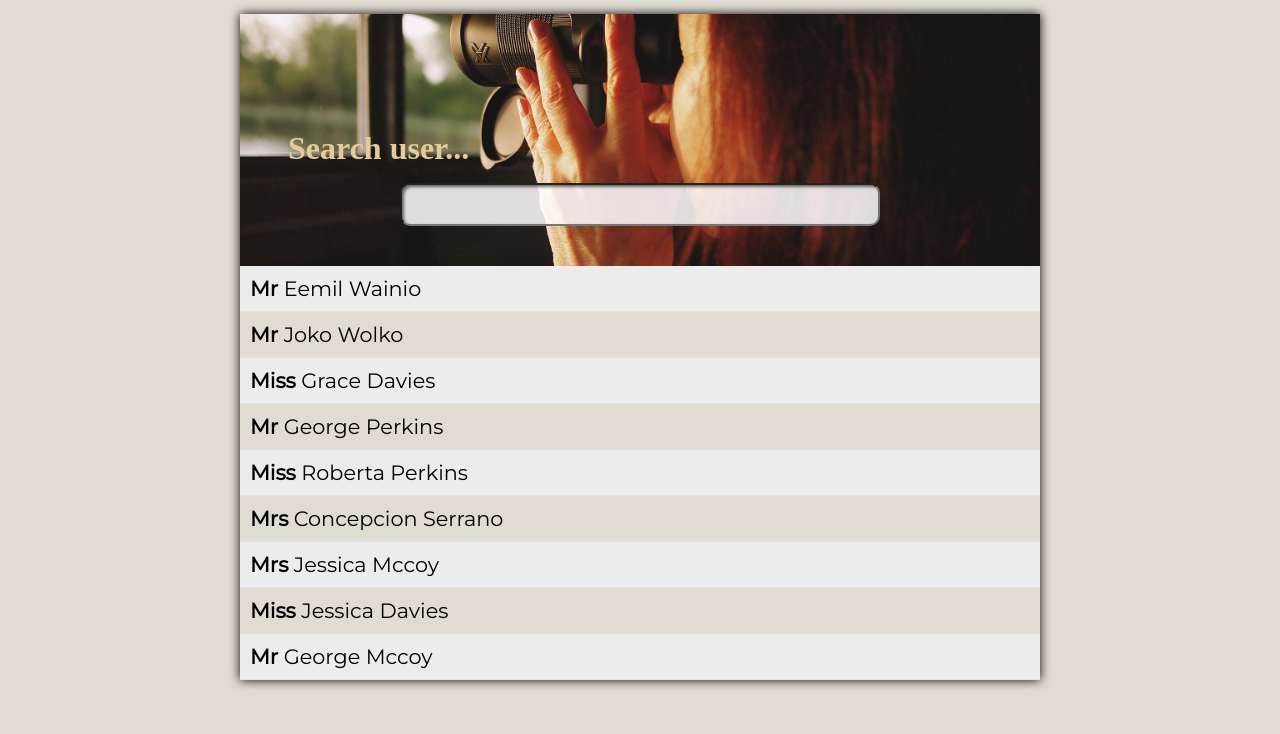
Repository: KrzysKolo/sr_tydzien5_zad4
Page: /
An editor plug-in stored every save of this project. The page is shown before and after the next save, followed by the edit.
The browser window is 1280 px wide. The pictures show the whole page.
The project was rebuilt for these pictures with package versions that can differ from the ones it lists, and the page was loaded fresh each time.

Above is the page before, as saved 2021-01-03 06:06:24.

### public/index.html
<!DOCTYPE html>
<html lang="en">
  <head>
    <meta charset="utf-8" />
    <link rel="icon" href="%PUBLIC_URL%/favicon.ico" />
    <meta name="viewport" content="width=device-width, initial-scale=1" />
    <meta name="theme-color" content="#000000" />
    <meta
      name="description"
      content="Web site created using create-react-app"
    />
    <link rel="apple-touch-icon" href="%PUBLIC_URL%/logo192.png" />
    <!--
      manifest.json provides metadata used when your web app is installed on a
      user's mobile device or desktop. See https://developers.google.com/web/fundamentals/web-app-manifest/
    -->
    <link rel="manifest" href="%PUBLIC_URL%/manifest.json" />
    <!--
      Notice the use of %PUBLIC_URL% in the tags above.
      It will be replaced with the URL of the `public` folder during the build.
      Only files inside the `public` folder can be referenced from the HTML.

      Unlike "/favicon.ico" or "favicon.ico", "%PUBLIC_URL%/favicon.ico" will
      work correctly both with client-side routing and a non-root public URL.
      Learn how to configure a non-root public URL by running `npm run build`.
    -->
    <link rel="preconnect" href="https://fonts.gstatic.com">
<link href="https://fonts.googleapis.com/css2?family=Montserrat&display=swap" rel="stylesheet">
    <title>User search</title>
  </head>
  <body>
    <noscript>You need to enable JavaScript to run this app.</noscript>
    <div id="root"></div>
    <!--
      This HTML file is a template.
      If you open it directly in the browser, you will see an empty page.

      You can add webfonts, meta tags, or analytics to this file.
      The build step will place the bundled scripts into the <body> tag.

      To begin the development, run `npm start` or `yarn start`.
      To create a production bundle, use `npm run build` or `yarn build`.
    -->
  </body>
</html>

### src/App.js
import React from 'react';
import UsersContainer from './components/UsersContainer';
import Header from './components/Header';
import './App.css';


const App = () => {

  return (
    <section>
      <Header />
      <UsersContainer/>
    </section>
  )
}

export default App;

### src/components/UsersContainer.js
import React, { useState, useEffect } from 'react';


const UsersContainer = () => {

  const UsersAPI = '/users.json';

  const [ users, setUsers ] = useState([]);

  useEffect(() => {

    fetch(UsersAPI)
      .then(res => res.json())
      .then(data => {
        console.log(data.users);
        setUsers(data.users);
      })
    }, []);

    const user = users.map(user => (
      <li className="user" key={user.id}><b>{user.title}</b> {user.first} {user.last}</li>
    ))
    return (
        <ul>
					{user}
        </ul>
    )
}

export default UsersContainer;

### src/components/Header.js
import React from 'react';

const Header = () => {
    return (
        <div className="header__section">
            <h1 className="header__title">Search user...</h1>
            <div className="header__search-wrapper">
                <input className="header__search" type="text" />
            </div>
        </div>
    )
}

export default Header;

### src/App.css
* {
  box-sizing: border-box;
  padding: 0;
  margin: 0;
}
body {
  height: 100vh;
  width: 100vw;
  background-color: rgba(218, 212, 199, 0.8);
}
section {
  margin: 2vh auto;
  width: 70%;
  max-width: 800px;
  display: flex;
  flex-direction: column;
  box-shadow: 0 0 10px #000;
}
.header__section {
  height: 35vh;
  background-image: url("./images/girl.jpg");
  background-position: center;
  background-size: cover;
  display: flex;
  flex-direction: column;
  justify-content: flex-end;
}
.header__title {
  font-size: 2rem;
  margin: 0 auto 1rem 3rem;
  color: rgb(229, 202, 153);
}
.header__search-wrapper {
  width: 100%;
  margin-bottom: 40px;
  display: flex;
  justify-content: center;
}
.header__search {
  padding: 8px 10px;
  width: 60%;
  border-radius: 10px;
  background-color: rgba(255, 255, 255, 0.85);
  box-shadow: inset 2px 2px 3px 0px rgba(0, 0, 0, 0.55);
  font-size: 20px;
}
.user {
  font-size: 1.3rem;
  font-family: "Montserrat", sans-serif;
  padding: 10px;
  list-style: none;
  border-bottom: 1px solid rgb(226, 226, 226);
}
.user:nth-child(odd) {
  background: #ececec;
}

### public/users.json
{
    "users": [
      {
        "id": 1,
        "title": "Mr",
        "first": "Eemil",
        "last": "Wainio"
       },
      {
        "id": 2,
        "title": "Mr",
        "first": "Joko",
        "last": "Wolko"
      },
      {
        "id": 3,
        "title": "Miss",
        "first": "Grace",
        "last": "Davies"
      },
      {
        "id": 4,
        "title": "Mr ",
        "first": "George ",
        "last": "Perkins"
      },
      {
        "id": 5,
        "title": "Miss",
        "first": "Roberta ",
        "last": "Perkins"
      },
      {
        "id": 6,
        "title": "Mrs ",
        "first": "Concepcion ",
        "last": "Serrano"
      },
      {
        "id": 7,
        "title": "Mrs ",
        "first": "Jessica ",
        "last": "Mccoy"
      },
      {
        "id": 8,
        "title": "Miss",
        "first": "Jessica",
        "last": "Davies"
      },
      {
        "id": 9,
        "title": "Mr",
        "first": "George",
        "last": "Mccoy"
      }
    ]
  }

Loaded but not shown: src/index.js (common file)

After the next save:
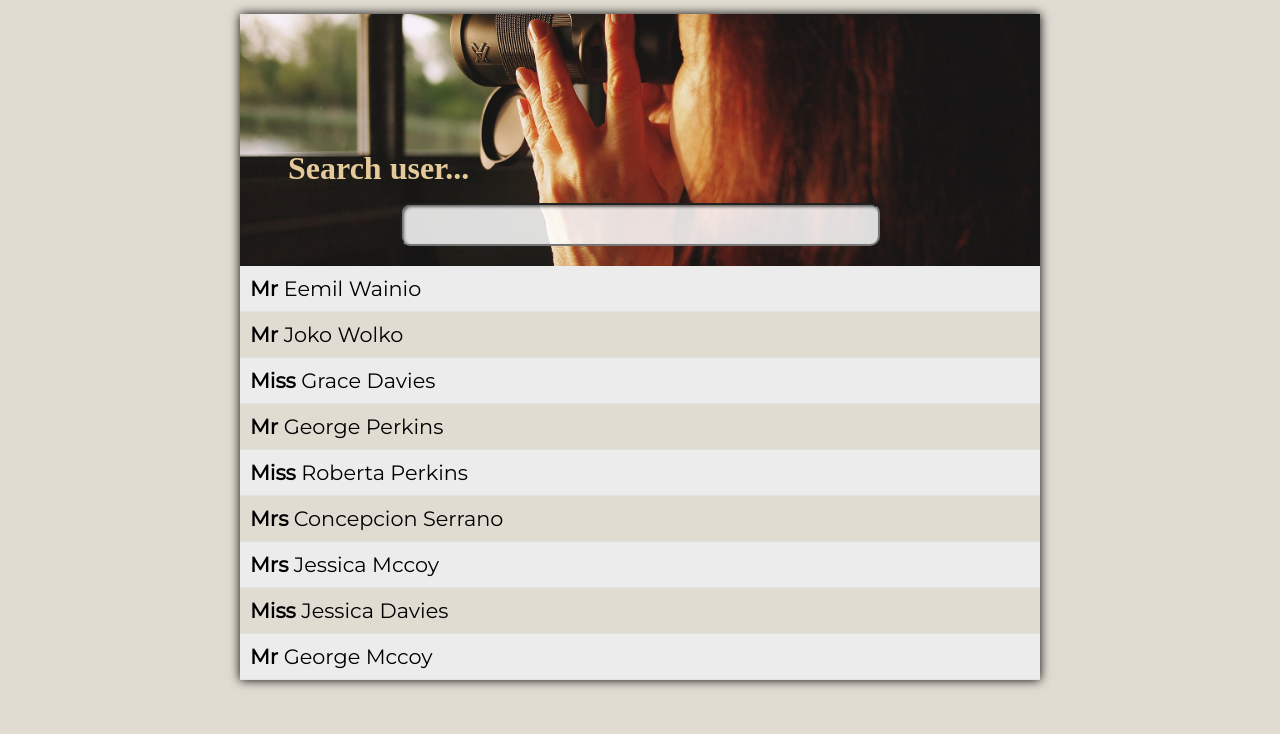
Saved 43 s later.
--- a/src/App.css
+++ b/src/App.css
@@ -32,7 +32,7 @@ section {
 }
 .header__search-wrapper {
   width: 100%;
-  margin-bottom: 40px;
+  margin-bottom: 20px;
   display: flex;
   justify-content: center;
 }
